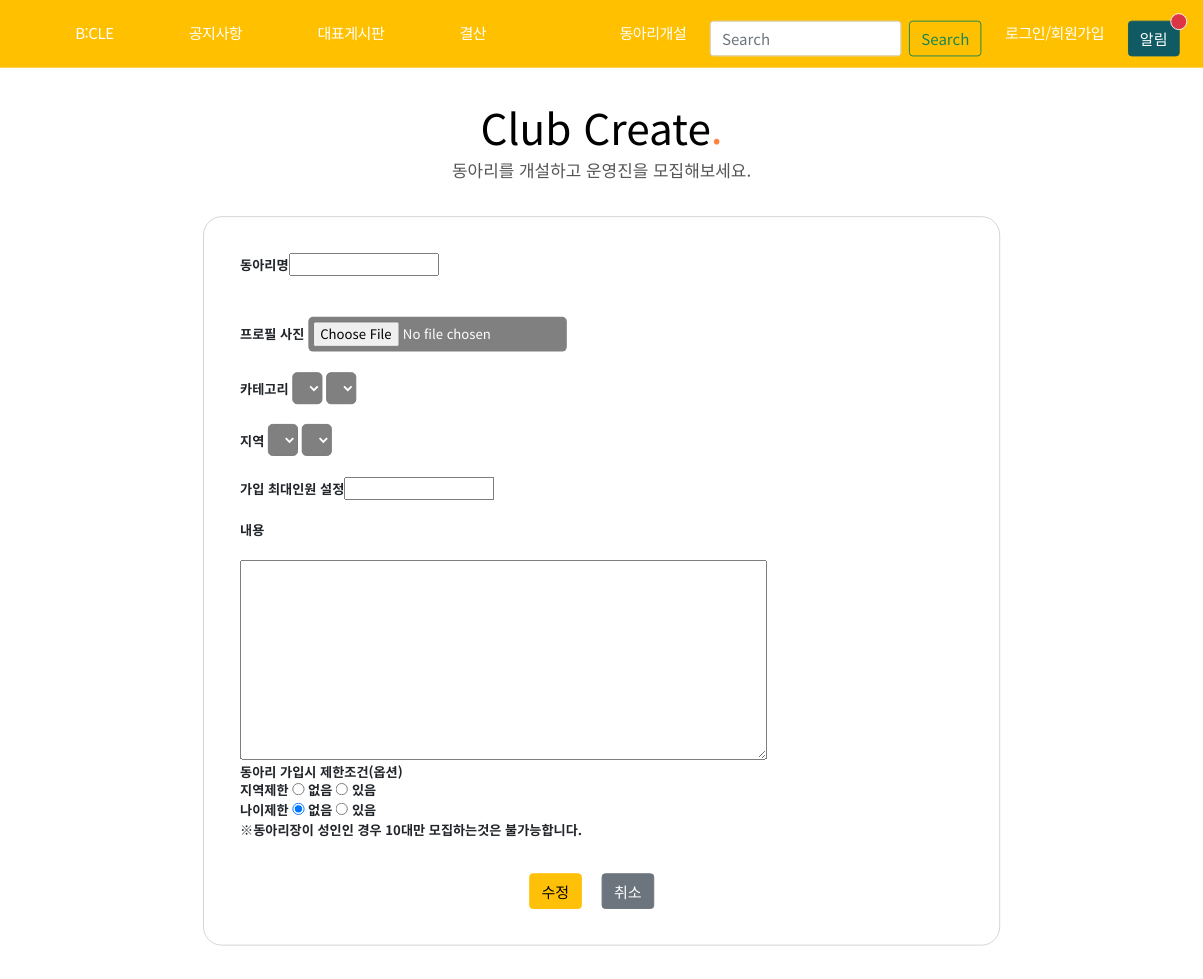
Repository: CHAEYUN7074/SpringProject
Page: http://localhost/viewpages/WEB-INF/view/PreClubUpdateForm.jsp
The author's editor kept a copy of each file at every save. The page is drawn from the files as they stood at one save, then again after the next save.
The browser window is 1280 px wide. The pictures show the whole page, at 94% of full size.
Some web fonts or font styles are not loaded; a fallback is used. The page is served by Tomcat 9. Nobody is signed in. Other server files are loaded and not shown. The template is opened directly, without the code that normally fills it, so the values that code supplies are empty.

Above is the page before, as saved 2021-12-27 16:54:13.

### viewpages/WebContent/WEB-INF/view/PreClubUpdateForm.jsp
<%@ page contentType="text/html; charset=UTF-8"%>
<%@ taglib prefix="c" uri="http://java.sun.com/jsp/jstl/core"%>
<%
   request.setCharacterEncoding("UTF-8");
String cp = request.getContextPath();
%>
<!DOCTYPE html>
<html>
<head>
<meta charset="UTF-8">
<title>PreClubUpdateForm.jsp</title>
<style type="text/css">
@import
   url('https://fonts.googleapis.com/css?family=Exo+2|Noto+Sans+KR&display=swap')
   ;

.list-title{margin-top : 5vh;}
section .name {color: #000; text-align: center;}
section .name h2 {font-size: 45px; margin-bottom: 5px; font-weight: normal;}
section .name h2 span {color:#ff8342; }
section .name p {font-size: 18px; color: #555;}

input#file-upload-button {color: white; background: gray; border-radius: 5px; padding: 5px; }

#contents {
   margin : 5vh 30vh 5vh 30vh;
   padding : 3%;
   border : 1px solid lightgray;
   border-radius : 20px;
   font-family: 'Noto Sans KR', sans-serif;
   font-weight:bold;
}
#contents p {margin-bottom : 3vh;}

.button_set {display : flex; margin-left : 40%; margin-top : 5vh;}
.button_set button {margin-right : 3vh;}

select {color: white; background: gray; border-radius: 5px; padding: 5px; }

</style>


<script type="text/javascript" src="http://code.jquery.com/jquery.min.js"></script>
<script type="text/javascript" src="<%=cp%>/js/jquery-ui.js"></script>
<script type="text/javascript" src="<%=cp%>/js/ajax.js"></script>
<script type="text/javascript">

   $(document).ready(function()
   {
      //카테고리 대분류(category_L_Id)가 변경되었을 경우 수행해야 할 코드 처리
      $("#category_L_Id").change(function()
      {
         //lert($("#category_L_Id").val());

         // Ajax 요청 및 응답 처리
         $.ajax(
         {
            type : "POST"
            ,url : "ajaxcategory.action"
            ,data : {category_L_Id : $("#category_L_Id").val()}
            ,dataType : "json" //{key : vlaue}
            ,success : function(result)
            {
               $("#category_S_Id").children().remove();
               $("#category_S_Id").append("<option value=\"\">선택</option>");

               for(var i=0; i<result.length; i++)
               {
                  $("#category_S_Id").append("<option value=\""+result[i].category_s_id+"\">"+result[i].s_cat+"</option>");
               }
            }
            ,error : function(e)
            {
               alert(e.responseText);
            }
         });
      });

      $("#region_L_Id").change(function()
      {
         //alert('변경');
         //alert($("#region_L_Id").val());

         var category_s_id = '${preopen.category_s_id}';

         $.ajax(
         {
            type : "POST"
            ,url : "ajaxregion.action"
            ,data : {region_L_Id : $("#region_L_Id").val()}
            ,dataType : "json"
            ,success : function(result)
            {
               //alert(result);
               $("#region_S_Id").children().remove();
               $("#region_S_Id").append("<option value=\"\">선택</option>");

               for(var i=0; i<result.length; i++)
               {
                  $("#region_S_Id").append("<option value=\""+result[i].region_s_id+"\">"+result[i].local+"</option>");
               }
            }
            ,error : function(e)
            {
               alert(e.responseText);
            }

          });

      });

   });
      //동아리명 중복 검사

    $(document).ready(function()
   {

      $('.title').focusout(function()  //focusout
      {
         let userTitle = $('.title').val();

         $.ajax({
            url : "checktitle.action" // ①컨트롤러로~
            , type : "POST"
            , data : {userTitle : userTitle}
            , dataType : "json"
            , success : function(result) //Check title에서 여기로 왔다.
            {
               if(result.title == 0){
                  $("#checkTitle").html('이미 동일한 이름의 동아리가 존재합니다.');
                  $("#checkTitle").css('color', 'red');
                  $('#title').val(''); //중복된 내용삭제

               }
               else
               {

                  $("#checkTitle").html('사용할 수 있는 동아리 이름입니다.');
                  $("#checkTitle").css('color', 'green');
               }
            }
            , error : function(e)
            {
               alert(e.responseText); //에러사항 보여주기
            }
         })
      })
   });



 //각 상황별 alert 창 → required로 했는데 클리어하지가 않아서, 각 상황에 맞게 알림창을 띄우기로했다.
   $(document).ready(function()
   {
      $("#submitBtn").click(function()
      {
          if ($.trim($("#title").val()).length == 0)
         {
            alert("동아리명을 입력하세요.");
            $("#title").focus();
            return;
         }

         if ($("#category_L_Id").val() == "")
         {
            alert("카테고리를 선택해주세요");
            $("#category_L_Id").focus();
            return;
         }
         if ($("#category_S_Id").val()== "")
         {
            alert("카테고리를 선택해주세요");
            $("#category_S_Id").focus();
            return;
         }
         if ($("#region_L_Id").val()== "")
         {
            alert("지역을 선택해주세요");
            $("#region_L_Id").focus();
            return;
         }
         if ($("#region_S_ID").val()== "")
         {
            alert("지역을 선택해주세요");
            $("#region_S_ID").focus();
            return;
         }
         if ($("#max").val().length == 0)
         {
            alert("최대 인원을 입력하세요");
            $("#max").focus();
            return;
         }

          if ($("#content").val().length == 0) // 내용 입력하라는 에러 , div id가 content여서
          {
             alert("내용을 입력하세요");
             $("#content").focus();
             return;
          }

         $("#updateForm").submit();
      });
   });

</script>


</head>
<body>

   <div class="wrap">
      <!-- 네브 영역 -->
      <div>
         <c:import url="nav.jsp"></c:import>
      </div>
     <!--
     HttpSession session = request.getSession();
     session.setAttribute("id", id);
       -->
      <!-- 콘텐츠 영역 -->

         <section class="list-title">
         <div class="name">
            <h2>Club Create<span>.</span></h2>
            <p>동아리를 개설하고 운영진을 모집해보세요.</p>
         </div>
      </section>

      <div id="contents">
         <div>
            <form action="preclubupdate.action" method="post" id="updateForm" enctype="multipart/form-data">
               <div>
                  <input type="text" name="cid" value="${preopen.cid}" style="display: none;"> <!-- cid 안보이게 삽입 -->
                  <p>
                  동아리명<input type="text" name="title" id="title" class="title" maxlength='20'  value="${preopen.title }">
                  </p>
                  <span id="checkTitle" style="font-size: small;"></span><br>
                  프로필 사진 <input type="file" name="url" id="url" value="${preopen.url }" style="color: white; background: gray; border-radius: 5px; padding: 5px;">
                  <p>
                  <!--
                     동아리장<input type="text" name="nickname" id="nickname"
                        placeholder="로그인 상태인 사람 여기에 자동 닉네임 뿌려주기" disabled="disabled">
                     개설예정일<input
                        type="text" name="preopendate" id="preopendate"
                        placeholder="자동입력" disabled="disabled">
                         -->
                  </p>
                  <p>
                     카테고리
                     <select id="category_L_Id" name="category_L_Id">
                        <c:forEach var="category" items="${categoryLList }">
                            <option value="${category.category_l_id}"
                            ${preopen.category_l_id == category.category_l_id ? "selected=\"selected\"" : "" }
                             >${category.l_cat}</option>
                        </c:forEach>
                     </select>
                     <select id="category_S_Id" name="category_S_Id">
                        <option value="${preopen.category_s_id}" selected="selected">${preopen.s_cat}</option>
                     </select>
                  </p>


                  <p>

                     지역
                     <select id="region_L_Id" name="region_L_Id">
                        <c:forEach var="region" items="${regionLList }">
                            <option value="${region.region_l_id}"
                            ${preopen.region_l_id == region.region_l_id ? "selected=\"selected\"" : "" }
                             >${region.city}</option>
                        </c:forEach>
                     </select>
                     <select id="region_S_Id" name="region_S_Id">
                        <option value="${preopen.region_s_id}" selected="selected">${preopen.local}</option>
                     </select>
                  </p>

                  <p>
                     가입 최대인원 설정<input type="text" id="max" name="max"  value="${preopen.max}">
                  </p>
                  <div>
                     <p>내용</p>
                     <textarea rows="10" cols="70" id="content" name="content" maxlength='100'>${preopen.content}</textarea>
                  </div>
                  <div>
                     <%-- <c:import url="beePicCreated.jsp"></c:import> --%>
                  </div>

                  <div>
                     <h5>동아리 가입시 제한조건(옵션)</h5>

                     <div>
                        지역제한
                        <input type="radio" name="regionlimit" value="X" id="regionlimitX"
                        ${preopen.limit_id == 'X' ? "checked=\"checked\"" : "" }>
                        <label for="regionlimitX">없음</label>
                        <input type="radio" name="regionlimit" id="regionlimitO" value="O"
                        ${preopen.limit_id == 'O' ? "checked=\"checked\"" : "" } >
                        <label for="regionlimitO">있음</label>
                        <br>
                        나이제한
                        <input type="radio" name="agelimit" id="agelimitX" value="X" checked="checked">
                        <label for="agelimitX">없음</label>
                        <input type="radio" name="agelimit" id="agelimitO"  value="O">
                        <label for="agelimitO">있음</label>
                        <br>※동아리장이 성인인 경우 10대만 모집하는것은 불가능합니다.
                     </div>

                      <div class ="button_set">
                        <button type="button" class="btn btn-warning" id="submitBtn">수정</button>
                        <button type="button" class="btn btn-secondary"  id="cancleBtn" onclick="location.href='mainpage.action'">취소</button>
                     </div>

                  </div>

               </div>
            </form>
         </div>
      </div>

   </div>




</body>
<script type="text/javascript">


</script>
</html>

### viewpages/WebContent/WEB-INF/view/nav.jsp
<%@ page contentType="text/html; charset=UTF-8"%>
<%@ taglib prefix="c" uri="http://java.sun.com/jsp/jstl/core"%>
<%
   request.setCharacterEncoding("UTF-8");
String cp = request.getContextPath();
%>
<!DOCTYPE html>
<html lang="ko">
<head>
<meta charset="UTF-8">
<meta name="viewport" content="width=device-width, initial-scale=1">
<title>B:CLE</title>
<!-- <link rel="stylesheet" href="css/main.css"> -->
<link rel="stylesheet" href="css/font-awesome.min.css">
<link
   href="https://cdn.jsdelivr.net/npm/bootstrap@5.1.3/dist/css/bootstrap.min.css"
   rel="stylesheet"
   integrity="sha384-1BmE4kWBq78iYhFldvKuhfTAU6auU8tT94WrHftjDbrCEXSU1oBoqyl2QvZ6jIW3"
   crossorigin="anonymous">

<style>
@import
   url('https://fonts.googleapis.com/css?family=Exo+2|Noto+Sans+KR&display=swap')
   ;
/*reset*/
* {
   margin: 0;
   padding: 0;
}
body {
   margin: 0;
}
h1, h2, h3, h4, h5, h6, p, ul, ol, li, dl, dt, dd {
   margin: 0;
   padding: 0;
}
h1, h2, h3, h4, h5, h6 {
   font-weight: 700;
   font-size: inherit;
}
a {
   color: inherit;
   text-decoration: inherit;
}
img {
   vertical-align: middle;
}
a img {
   border: none;
}
li {
   list-style: none;
}
address, em, i, ul {
   font-style: normal;
}
.mo {
   display: none;
}
body {
   font-family: 'Noto Sans KR', sans-serif;
   font-size: 14px;
}
header {
   font-family: 'Noto Sans KR', sans-serif;
   letter-spacing: -0.5px;
   background: rgb(255, 192, 0);
   color: white;
   height: 10vh;
   width: 100%;
   position: relative;
   margin-top: -20px;
}
.mainHeader {
   width: 100%;
   margin-top: 20px;
   box-sizing: border-box;
   vertical-align: center;
}
.mainHeader .gnbMo {
   display: none;
}
.mainHeader .gnb {
   float: left;
   margin-left: 80px;
   margin-top: 3vh;
}
.mainHeader .gnb li {
   float: left;
   margin-right: 80px;
}
.mainHeader .gnb li a {
   display: block;
   width: 100%;
   text-align: center;
   color: #fff;
   font-size: 16px;
   text-decoration-line: none;
}
.mainHeader .gnb li a:hover, .mainHeader .gnb li a:focus {
   color: #ff8342;
}
.mainHeader .tnb {
   float: right;
   margin-top: 3vh;
}
.mainHeader .tnb li {
   float: left;
   margin-right: 25px;
}
.mainHeader .tnb li a {
   display: block;
   width: 100%;
   text-align: center;
   font-size: 16px;
   color: #fff;
   text-decoration-line: none;
}
.mainHeader .tnb li:nth-child(1) a i, .mainHeader .tnb li:nth-child(2) a i
   {
   font-size: 20px;
   margin-right: 8px;
}
.mainHeader .tnb li:last-child a {
   display: block;
   width: 105px;
   line-height: 2;
   border: 1px solid #fff;
   border-radius: 30px;
   margin-top: 35px;
}
.mainHeader .tnb li:last-child a i {
   margin-left: 5px;
}
.mainHeader .tnb li:last-child a:hover {
   background: #fff;
   color: #ff8342;
   transition: all 0.3s;
}
.btn-primary {
    color: #fff;
    background-color: #105b63;
    border-color: #105b63;
}


.box {
    width: 30px;
    height: 30px;
    border-radius: 70%;
    overflow: hidden;
}
.profile {
    width: 100%;
    height: 100%;
    object-fit: cover;
}

</style>


</head>
<body>

   <c:choose>
      <c:when test="${!empty id }">
         <header>
            <div class="mainHeader">
               <nav class="gnb">
                  <ul>
                     <li><a href="mainpage.action">B:CLE</a></li>
                     <li><a href="mainnoticelist.action">공지사항</a></li>
                     <li><a href="mainfreeboardlist.action">대표게시판</a></li>
                     <li><a href="mainaccount.action">결산</a></li>
                  </ul>
               </nav>
               <nav class="tnb">
                  <ul>

                     <li><a href="clubinsertform.action">동아리개설</a></li>

                     <li>
                        <form class="d-flex">
                           <input class="form-control me-2" type="search"
                              placeholder="Search" aria-label="Search">
                           <button class="btn btn-outline-success" type="submit">Search</button>
                        </form>
                     </li>



                     <!-- 값을 넘겨보려 시도했는데 실패...ㅠ 다시 해볼게요 - 현정 -->
                     <li><a href="#">마이페이지</a></li>
                     <li><a href="logout.action"></i>로그아웃</a></li>
                         <li><button type="button"
                              class="btn btn-primary position-relative">
                              알림 <span
                                 class="position-absolute top-0 start-100 translate-middle p-2 bg-danger border border-light rounded-circle">
                                 <span class="visually-hidden">New alerts</span>
                              </span>
                             </button></li>
                  </ul>
               </nav>
               <nav class="gnbMo">
                  <a href="#"><i class="fa fa-bars" aria-hidden="true"></i></a>
               </nav>
            </div>
         </header>
      </c:when>
      <c:otherwise>
         <header>
            <div class="mainHeader">
               <nav class="gnb">
                  <ul>
                     <li><a href="mainpage.action">B:CLE</a></li>
                     <li><a href="mainnoticelist.action">공지사항</a></li>
                     <li><a href="mainfreeboardlist.action">대표게시판</a></li>
                     <li><a href="mainaccount.action">결산</a></li>
                  </ul>
               </nav>
               <nav class="tnb">
                  <ul>

                     <li><a href="#">동아리개설</a></li>

                     <li>
                        <form class="d-flex">
                           <input class="form-control me-2" type="search"
                              placeholder="Search" aria-label="Search">
                           <button class="btn btn-outline-success" type="submit">Search</button>
                        </form>
                     </li>




                     <li><a href="loginpage.action"></i>로그인/회원가입</a></li>
                     <li><button type="button"
                           class="btn btn-primary position-relative">
                           알림 <span
                              class="position-absolute top-0 start-100 translate-middle p-2 bg-danger border border-light rounded-circle">
                              <span class="visually-hidden">New alerts</span>
                           </span>
                        </button></li>
                  </ul>
               </nav>
               <nav class="gnbMo">
                  <a href="#"><i class="fa fa-bars" aria-hidden="true"></i></a>
               </nav>
            </div>
         </header>
      </c:otherwise>
   </c:choose>
   <!--header-->




</body>
</html>

<!-- 검색부분에 쓸 부트스트랩 -->
<!--       <form class="d-flex">
        <input class="form-control me-2" type="search" placeholder="Search" aria-label="Search">
        <button class="btn btn-outline-success" type="submit">Search</button>
      </form> -->

### viewpages/WebContent/js/ajax.js
/**
 * ajax.js
 */


var ajax = null;

// AJAX 객체(XMLHttpRequest 객체) 생성 함수
function createAjax()
{
	/*
	// ActiveXObject 를 지원하는 브라우저라면...
	if (window.ActiveXObject)			//-- IE 7 이전
	{
		return new ActiveXObject("Msxml2.XMLHTTP");
		//-- 이와 같은 방식으로 XMLHttpRequest 객체를 생성해서 반환하라.
		//   (ActiveXObject 객체 → XMLHttpRequest 객체의 대리 객체)
	}
	else								//-- 그 외 브라우저
	{
		if(window.XMLHttpRequest)		//-- XMLHttpRequest 지원 브라우저
		{
			return new XMLHttpRequest();
			//-- 이와 같은 방식으로 XMLHttpRequest 객체를 생성해서 반환하라.
		}
		else							//-- AJAX 를 지원하지 않는 브라우저
		{
			return null;
		}
	}
	*/

	// 위와 의미 같음. 논리적 순서로 정리한 것.
	if (window.XMLHttpRequest)
	{
		return new XMLHttpRequest();
	}
	else if (window.ActiveXObject)
	{
		//return new ActiveXObject("Msxml2.XMLHTTP");
		return new ActiveXObject("Microsoft.XMLHTTP");
	}
	else
	{
		return null;
	}
}

Loaded but not shown: viewpages/WebContent/js/jquery-ui.js (library)

After the next save:
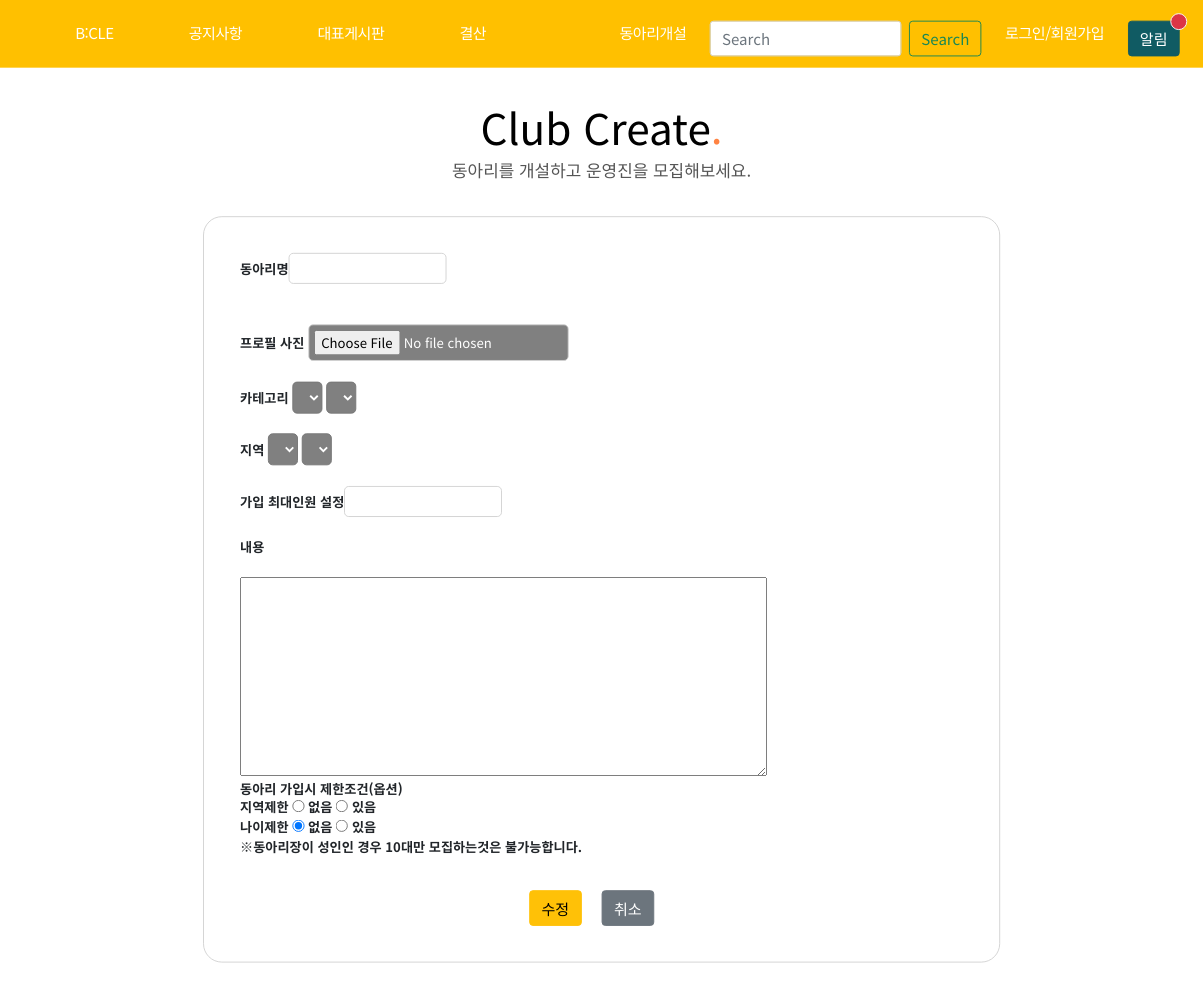
Saved 2 min 17 s later.
--- a/viewpages/WebContent/WEB-INF/view/PreClubUpdateForm.jsp
+++ b/viewpages/WebContent/WEB-INF/view/PreClubUpdateForm.jsp
@@ -20,7 +20,7 @@ section .name h2 {font-size: 45px; margin-bottom: 5px; font-weight: normal;}
 section .name h2 span {color:#ff8342; }
 section .name p {font-size: 18px; color: #555;}
 
-input#file-upload-button {color: white; background: gray; border-radius: 5px; padding: 5px; }
+
 
 #contents {
    margin : 5vh 30vh 5vh 30vh;
@@ -31,6 +31,7 @@ input#file-upload-button {color: white; background: gray; border-radius: 5px; pa
    font-weight:bold;
 }
 #contents p {margin-bottom : 3vh;}
+#contents input {border : 1px solid lightgray; border-radius: 5px; padding: 5px;}
 
 .button_set {display : flex; margin-left : 40%; margin-top : 5vh;}
 .button_set button {margin-right : 3vh;}
